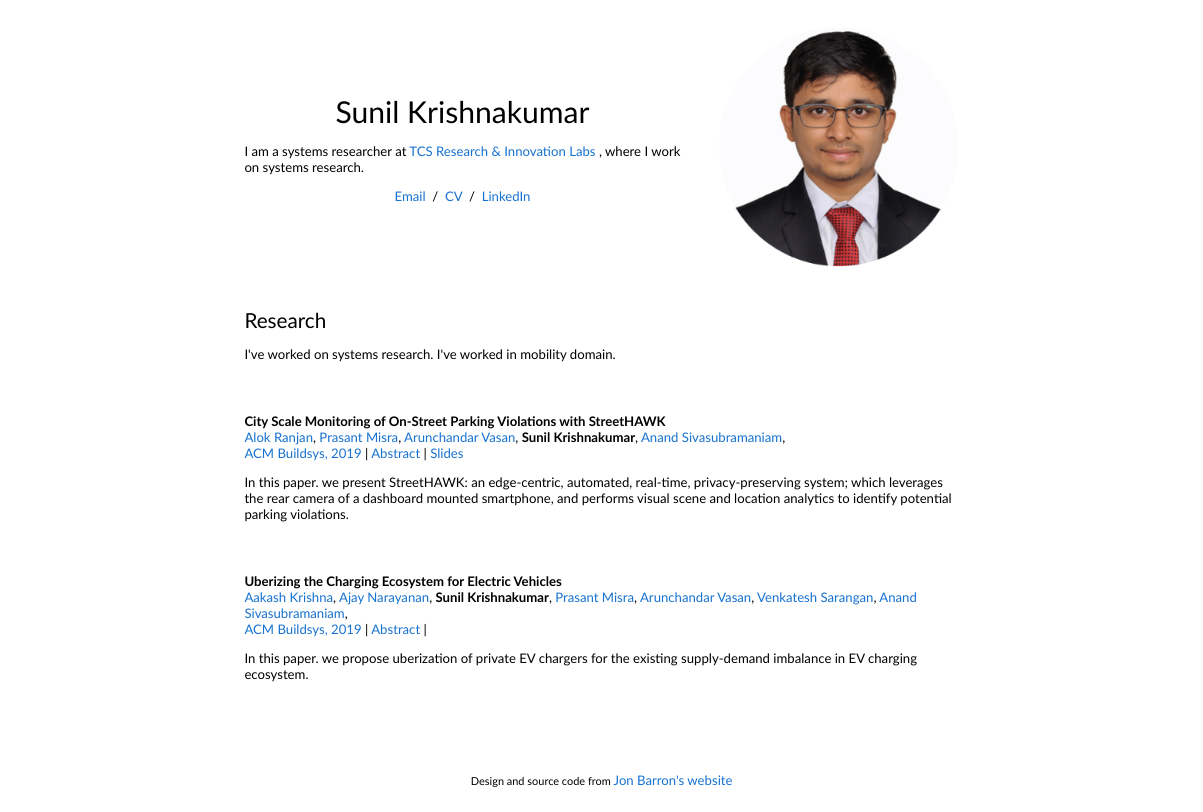
Repository: Sunil-KK/-
Page: index.html
These files come from the project's save history. The page is drawn as it stood at one moment and after the next save; the edit follows.
The browser window is 1280 px wide. The pictures show the whole page, at 94% of full size.

Above is the page before, as saved 2020-09-02 02:07:29.

After the next save:
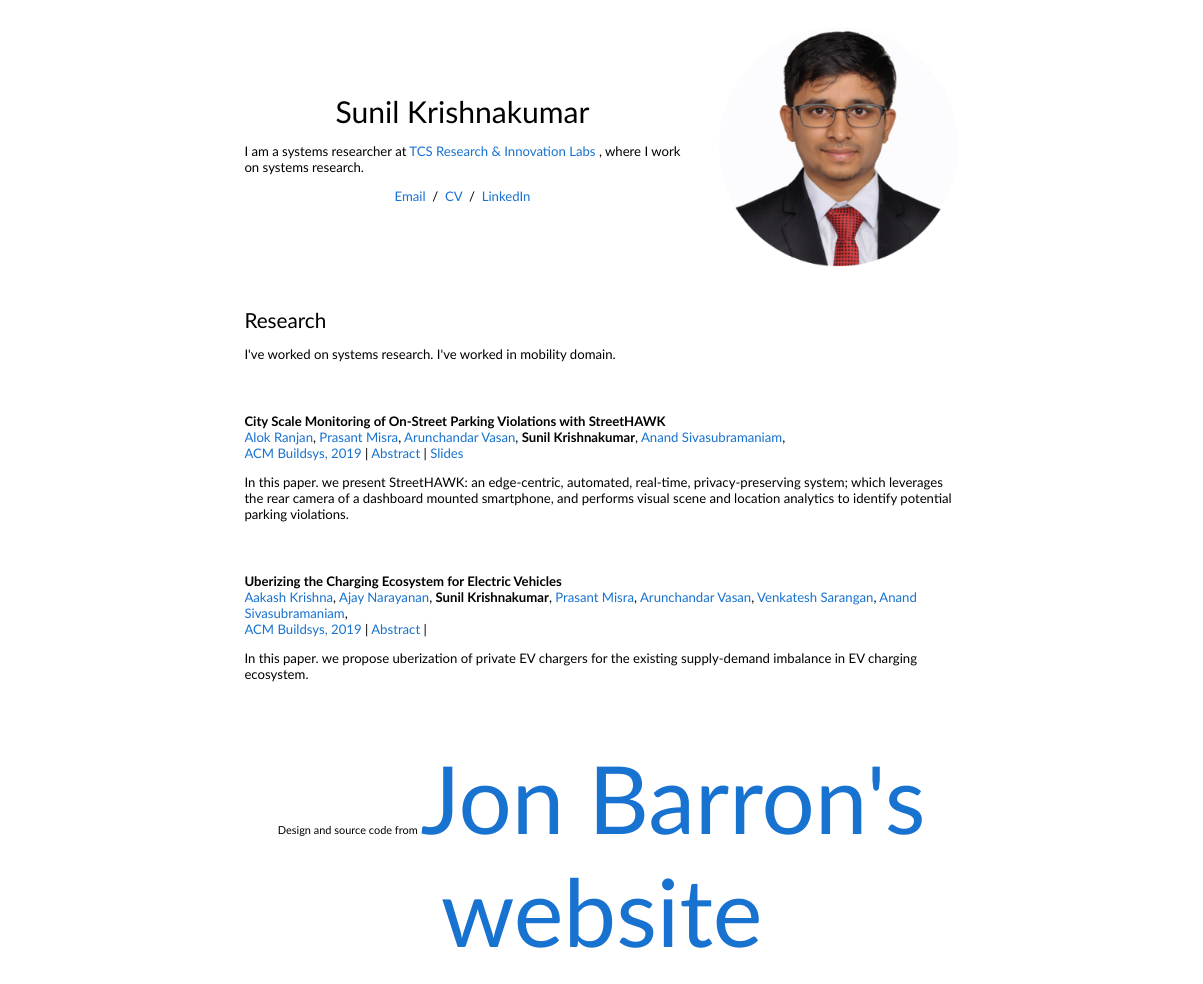
Saved 86 s later.
--- a/index.html
+++ b/index.html
@@ -115,7 +115,7 @@
             <td style="padding:0px">
               <br>
               <p style="text-align:center;font-size:smaller;">
-                Design and source code from <font size="100px"></font><a href="https://github.com/jonbarron/jonbarron_website">Jon Barron's website</a>
+                Design and source code from <a href="https://github.com/jonbarron/jonbarron_website"style="font-size: 100px ">Jon Barron's website</a>
                 <br>
               </p>
             </td>
